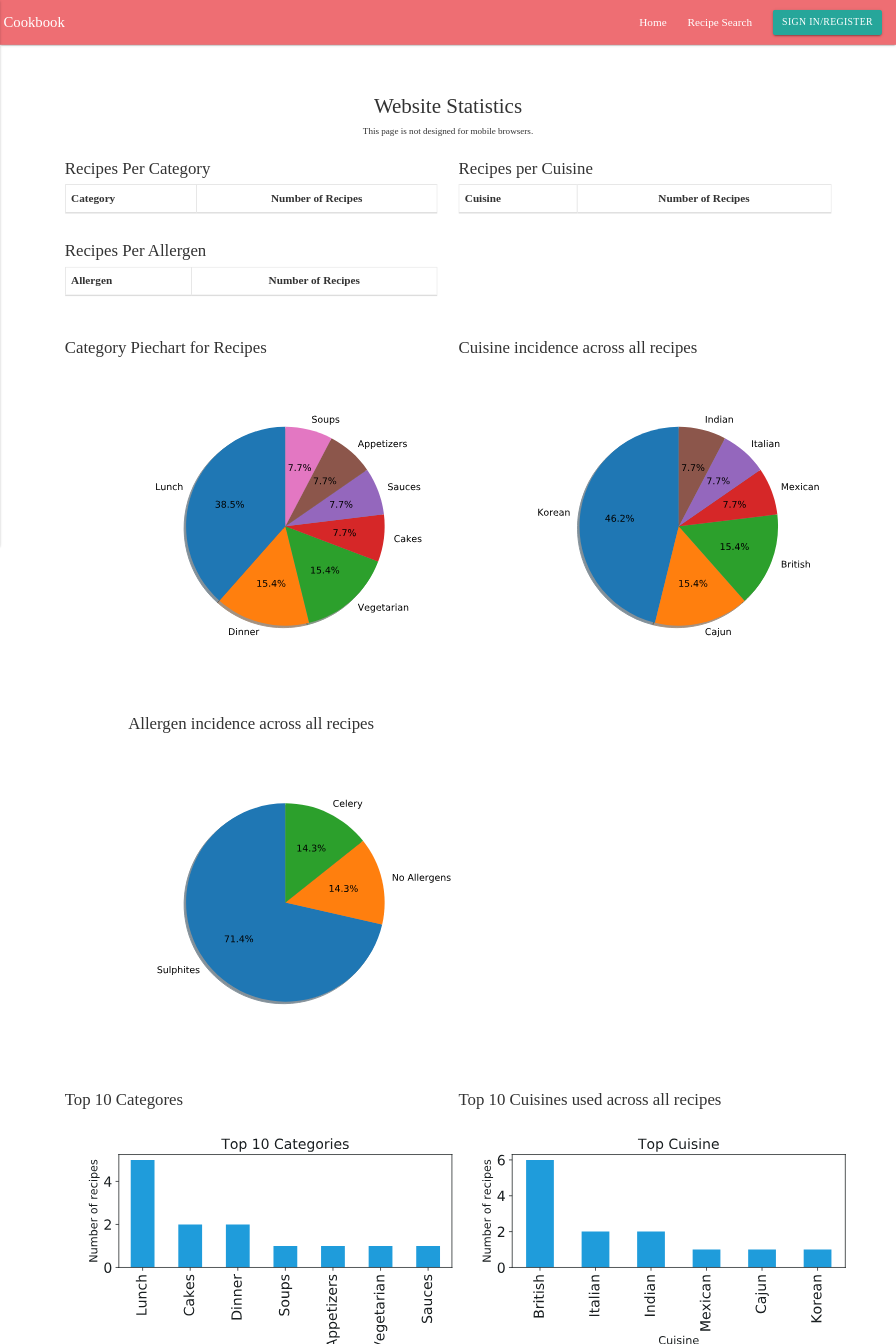
Repository: GrantMCA93/data-centric-dev-milestone-project
Page: templates/websitestats.html
The author's editor kept a record of every edit. The page is drawn from the files as they stood at one moment, then again after the next edit.
The browser window is 1280 px wide. The pictures show the part of the page from y = 0 to 1920 px (the page is 2692 px tall), at 70% of full size.
Some web libraries are served in a nearby version. The template is drawn by Flask 3. The application's start-up code is not run. The template is opened directly, without the code that normally fills it, so the values that code supplies are empty.

Above is the page before.

After the next edit:
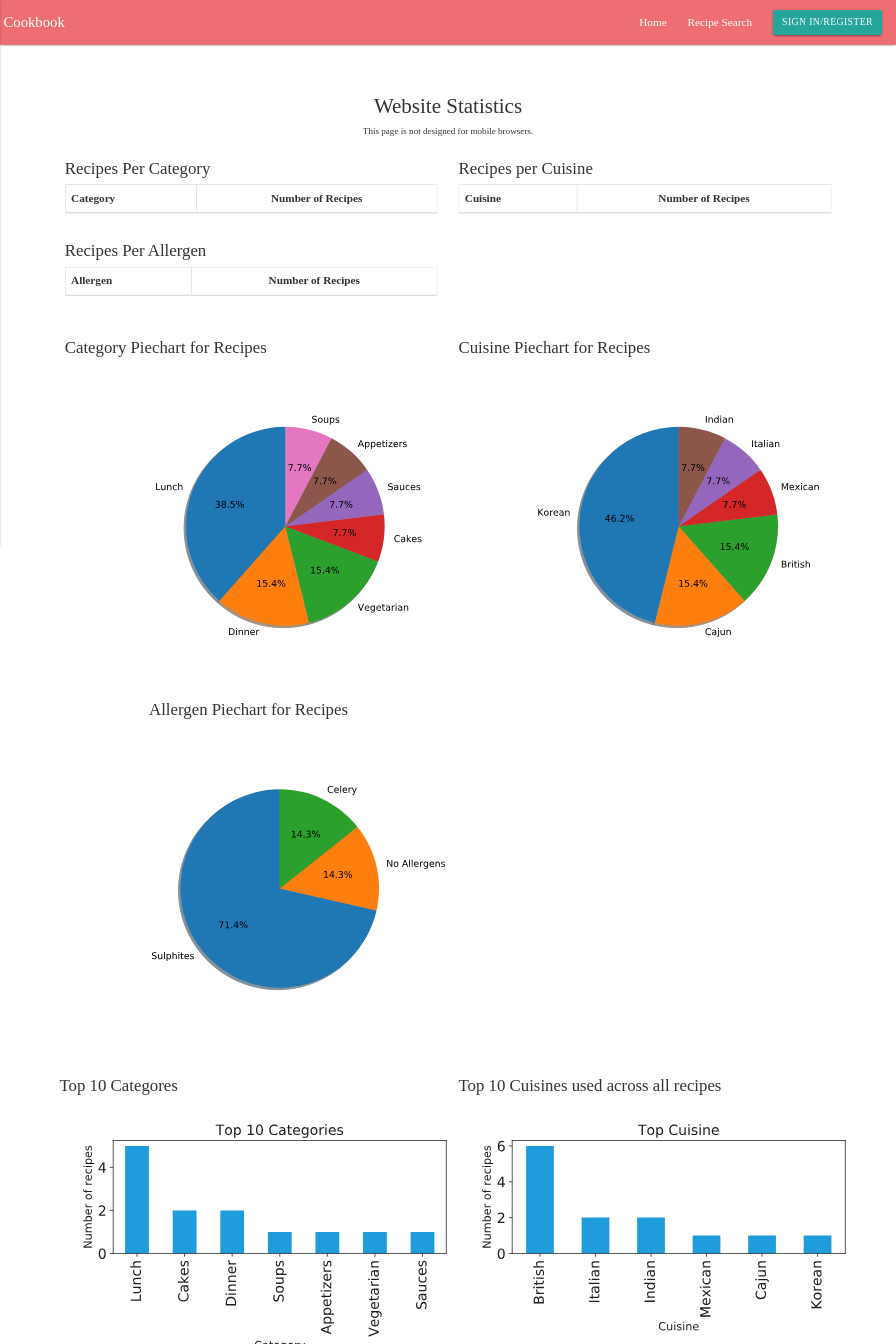
The edit:
--- a/templates/websitestats.html
+++ b/templates/websitestats.html
@@ -4,7 +4,7 @@
 <p style="text-align:center">This page is not designed for mobile browsers.</p>
 <section>
   <div class="container-fluid">
-    <div class="row mt-5">
+    <div class="row">
       <!--  Table displaying number of recipes per Category -->
       <div class="col-xs-6 ">
         <h3>Recipes Per Category</h3>
@@ -73,23 +73,23 @@
       </div>
 
     </div>
-    <div class="row mt-5">
+    <div class="row">
       <div class="col-xs-6 ">
         <h3>Category Piechart for Recipes</h3>
         <img src="static/img/graphs/piechart-category.svg">
       </div>
       <div class="col-xs-6 ">
-        <h3>Cuisine incidence across all recipes</h3>
+        <h3>Cuisine Piechart for Recipes</h3>
         <img src="static/img/graphs/piechart-cuisine.svg">
       </div>
-    </div>
-    <div class="row mt-5">
+
+    <div class="row">
       <div class="col-xs-6  text-center">
-        <h3>Allergen incidence across all recipes</h3>
+        <h3>Allergen Piechart for Recipes</h3>
         <img src="static/img/graphs/piechart-allergens.svg">
       </div>
     </div>
-    <div class="row mt-5">
+    <div class="row">
       <div class="col-xs-6 ">
         <h3>Top 10 Categores</h3>
         <img src="static/img/graphs/barchart-category.svg">
